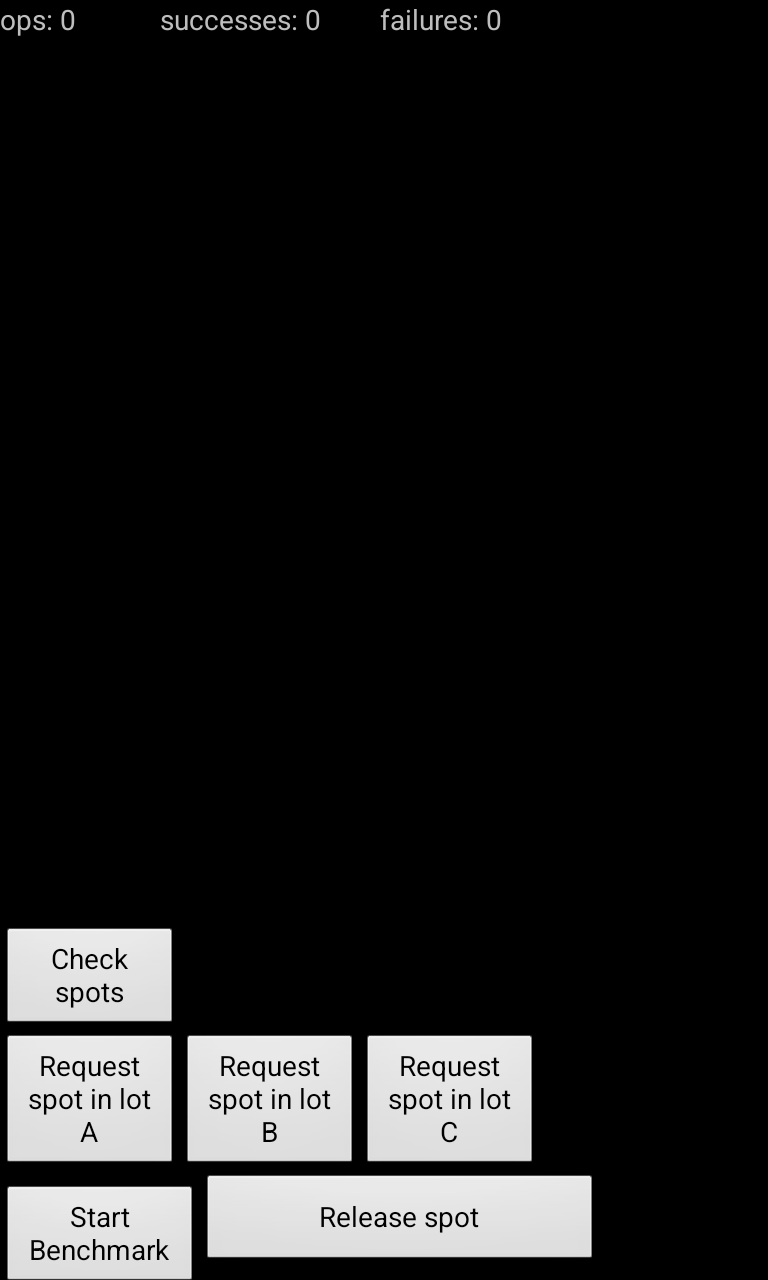
Repository: jasongao/csmcode
Layout: current/workspace/SMCloud/res/layout/main.xml
These files come from the project's save history. The layout is drawn as it stood at one moment and after the next save; the edit follows.
It is drawn on a 768 x 1280 px phone screen (xhdpi) without system bars, with theme android:Theme; the app's code is not run. Lists and similar views that code fills are empty.

Above is the layout before, as saved 2011-07-14 16:16:19.

After the next save:
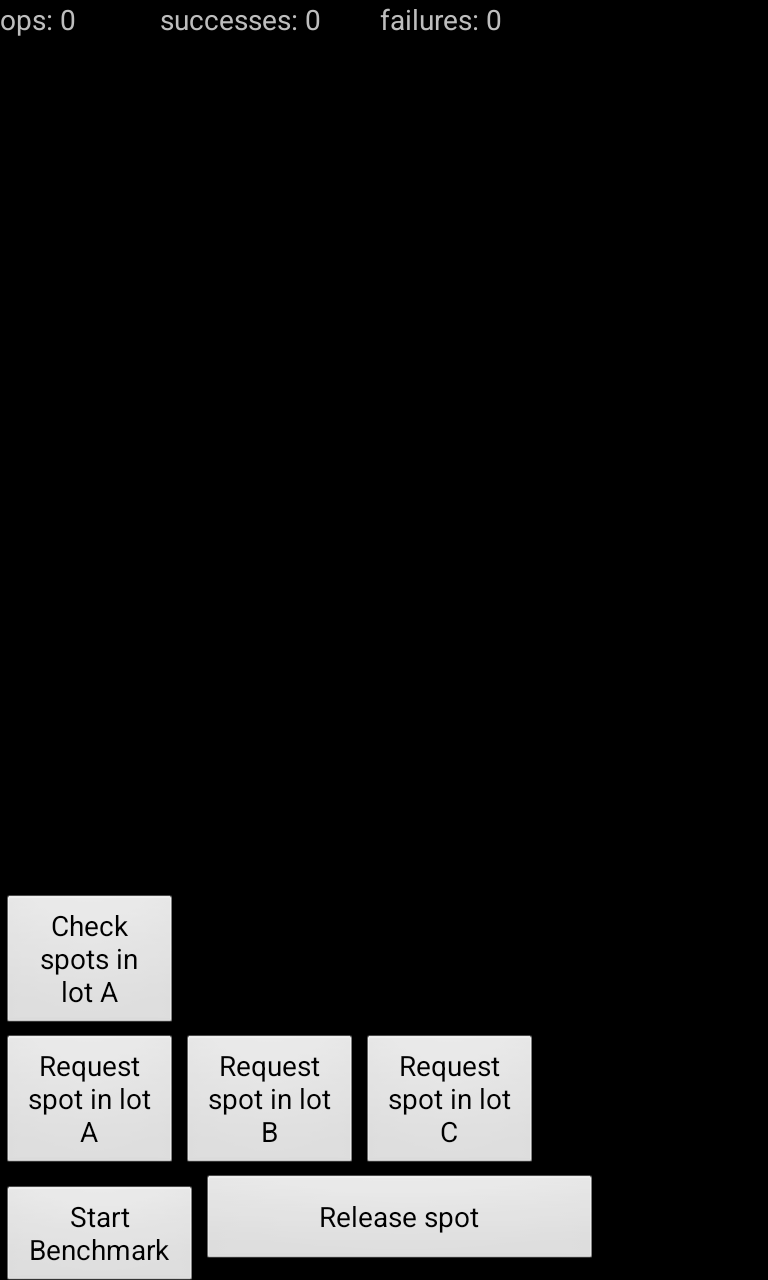
Saved 5 s later.
--- a/current/workspace/SMCloud/res/layout/main.xml
+++ b/current/workspace/SMCloud/res/layout/main.xml
@@ -22,7 +22,7 @@
 		android:orientation="horizontal" android:layout_height="wrap_content"
 		android:id="@+id/CheckSpotLayout">
 		<Button android:layout_height="wrap_content"
-			android:layout_width="90dip" android:text="Check spots" android:id="@+id/readparking_button"></Button>
+			android:layout_width="90dip" android:text="Check spots in lot A" android:id="@+id/readparking_button"></Button>
 	</LinearLayout>
 
 	<LinearLayout android:layout_width="fill_parent"
